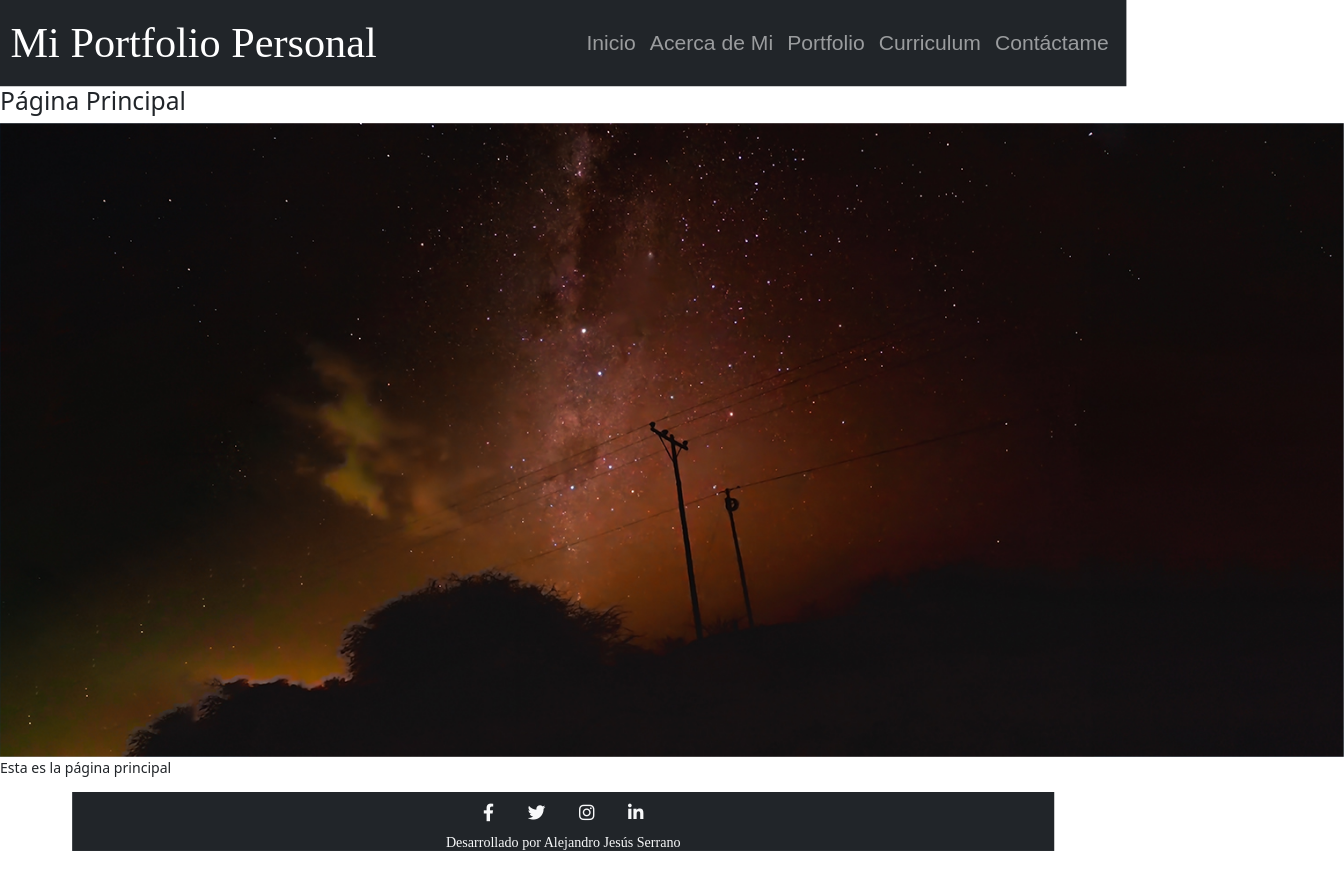
Repository: AlejandroJesusSerrano/portfolio
Page: portfolio/core/templates/core/home.html
The author's editor kept a copy of each file at every save. The page is drawn from the files as they stood at one save, then again after the next save.
The browser window is 1280 px wide. The page is 1527 px wide, so the pictures cover 1527 px, including what lies to the right of the window. The pictures show the whole page, at 88% of full size.
Some web fonts or font styles are not loaded; a fallback is used. The template is drawn by Django 4.2. The application's start-up code is not run. Other server files are loaded and not shown. The template is opened directly, without the code that normally fills it, so the values that code supplies are empty.

Above is the page before, as saved 2023-09-06 08:31:46.

### portfolio/core/templates/core/home.html
{% extends 'core/base.html' %}
{% load static %}

{% block title %} Inicio {% endblock title %}

{% block content %}
<h3>Página Principal</h3>

<img src={% static 'img/sancarlos_noche_web.jpg' %} alt="">

<p>Esta es la página principal</p>
{% endblock content %}

### portfolio/core/templates/core/base.html
{% load static %}

<!DOCTYPE html>
<html lang="en">

<head>
  <meta charset="UTF-8">
  <meta name="viewport" content="width=device-width, initial-scale=1.0">
  <link rel="stylesheet" href={% static 'lib/bootstrap-5.2/css/bootstrap.min.css' %}>
  <link rel="stylesheet" href={% static 'lib/fontawesome-6.4.2/css/all.min.css' %}>
  <link rel="stylesheet" href={% static 'css/styles.css' %}>
  <title>Portafolio Personal - {% block title %} {% endblock title %}</title>
</head>

<body>
  <!-- HEADER -->
  <nav class="navbar navbar-expand-lg navbar-dark bg-dark">
    <div class="container-fluid">
      <a class="navbar-brand brand" href={% url 'home' %}>Mi Portfolio Personal</a>
      <button class="navbar-toggler" type="button" data-bs-toggle="collapse" data-bs-target="#navbarNav"
        aria-controls="navbarNav" aria-expanded="false" aria-label="Toggle navigation">
        <span class="navbar-toggler-icon"></span>
      </button>
      <div class="collapse navbar-collapse" id="navbarNav">
        <ul class="navbar-nav nav_menu ms-auto">
          <li class="nav-item">
            <a class="nav-link" aria-current="page" href={% url 'home' %}>Inicio</a>
          </li>
          <li class="nav-item">
            <a class="nav-link" href={% url 'about' %}>Acerca de Mi</a>
          </li>
          <li class="nav-item">
            <a class="nav-link" href={% url 'portfolio' %}>Portfolio</a>
          </li>
          <li class="nav-item">
            <a class="nav-link" href={% url 'curriculum' %}>Curriculum</a>
          </li>
          <li class="nav-item">
            <a class="nav-link" href={% url 'contact' %}>Contáctame</a>
          </li>
        </ul>
      </div>
    </div>
  </nav>

  <!-- CONTENT - Template Tags -->

  {% block content %} {%endblock content%}

  <div class="container mb-0 col-12">
    <footer class="bg-dark text-center text-light">
      <section class="mb-4">
        <div class="container">
          <a class="btn btn-link btn-floating btn-lg text-light" href="#" role="button">
            <i class="fab fa-facebook-f"></i>
          </a>
          <a class="btn btn-link btn-floating btn-lg text-light" href="#" role="button">
            <i class="fab fa-twitter"></i>
          </a>
          <a class="btn btn-link btn-floating btn-lg text-light" href="#" role="button">
            <i class="fab fa-instagram"></i>
          </a>
          <a class="btn btn-link btn-floating btn-lg text-light" href="#" role="button">
            <i class="fab fa-linkedin-in"></i>
          </a>
        </div>
        <div class="container">
          <h5 class="develop">Desarrollado por Alejandro Jesús Serrano</h5>
        </div>
      </section>
    </footer>
  </div>
  <!-- End of .container -->

  <script src={% static 'lib/bootstrap-5.2/js/bootstrap.min.js' %}></script>
  <script src={% static 'lib/fontawesome-6.4.2/js/all.min.js' %}></script>
</body>

</html>

### portfolio/static/css/styles.css
@import url("https://fonts.googleapis.com/css2?family=Arima:wght@500;700&family=Average+Sans&family=Mulish:ital,wght@0,400;0,500;0,700;1,400;1,500;1,700&display=swap");

* {
  margin: 0;
  padding: 0;
  box-sizing: border-box;
}

.brand {
  font-family: "Arima", cursive;
  font-size: 3rem;
}

.nav_menu {
  font-family: "Average Sans", sans-serif;
  font-size: 1.5rem;
}

.develop {
  margin-bottom: 20px;
  font-family: "Arima", cursive;
  font-size: 1rem;
}

Loaded but not shown: portfolio/static/lib/bootstrap-5.2/css/bootstrap.min.css (library); portfolio/static/lib/fontawesome-6.4.2/css/all.min.css (library); portfolio/static/lib/bootstrap-5.2/js/bootstrap.min.js (library)

After the next save:
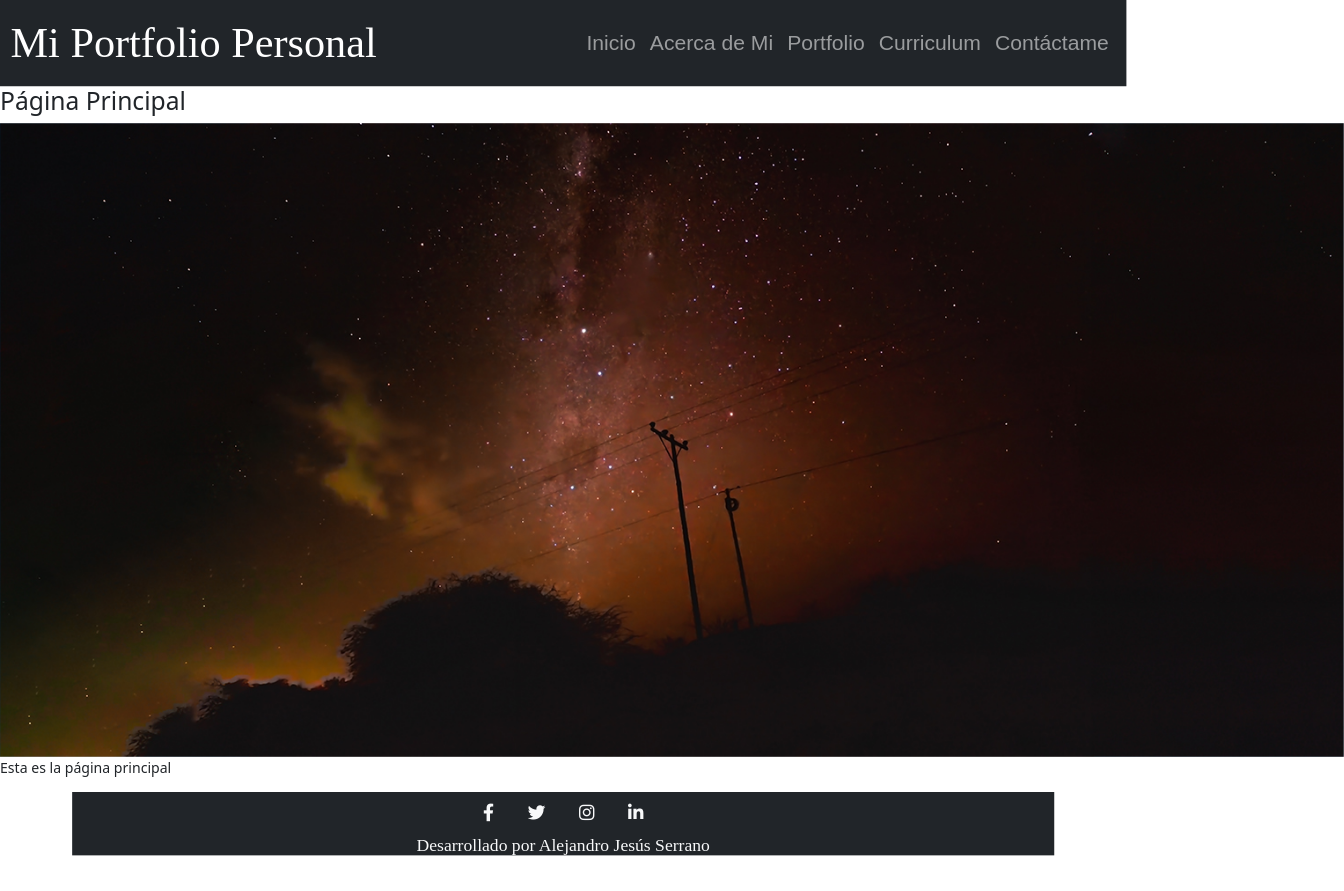
Saved 4 min 4 s later.
--- a/portfolio/static/css/styles.css
+++ b/portfolio/static/css/styles.css
@@ -17,7 +17,7 @@
 }
 
 .develop {
-  margin-bottom: 20px;
+  margin-bottom: 40px;
   font-family: "Arima", cursive;
-  font-size: 1rem;
+  font-size: 1.25rem;
 }
